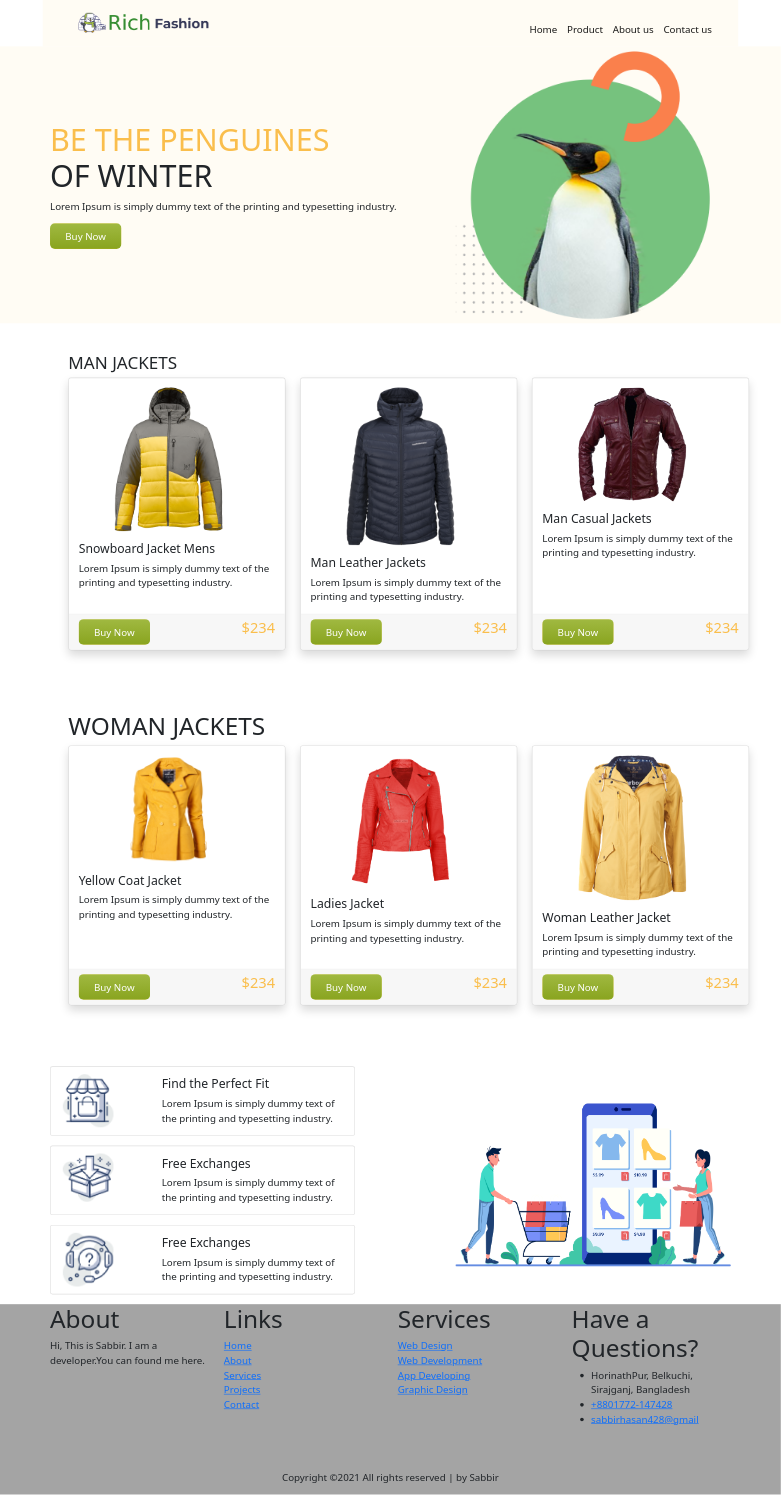
Repository: sabbircse3/fashion
Page: index.html
An editor plug-in stored every save of this project. The page is shown before and after the next save, followed by the edit.
The browser window is 1280 px wide. The pictures show the whole page, at 61% of full size.

Above is the page before, as saved 2021-01-14 04:22:08.

After the next save:
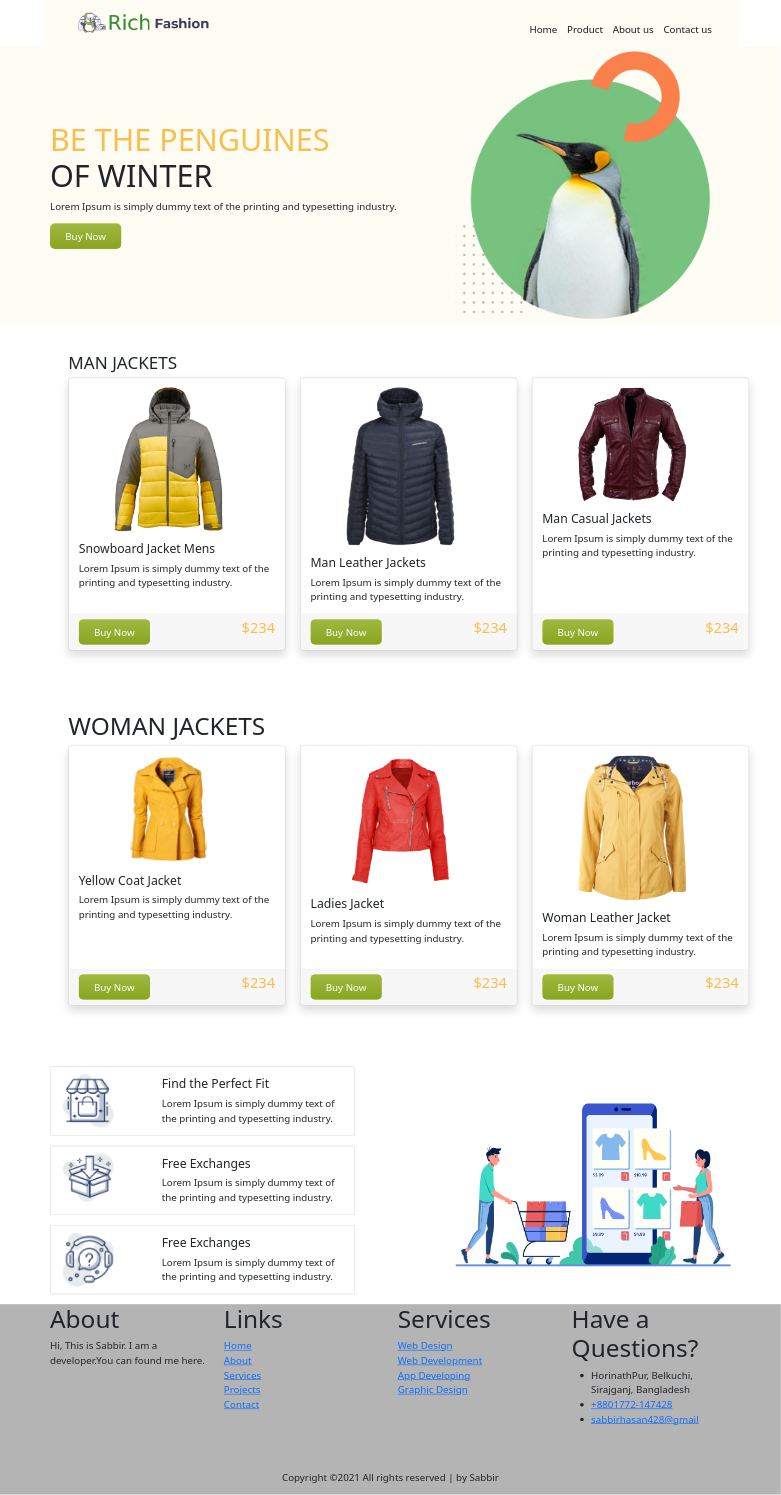
Saved 12 s later.
--- a/index.html
+++ b/index.html
@@ -77,7 +77,7 @@ h4{
     color: #FABE4C;
 }
 .fbg{
-    background-color: rgba(0, 0, 0, 0.356);
+    background-color: rgba(0, 0, 0, 0.295);
 }
 
     </style>
